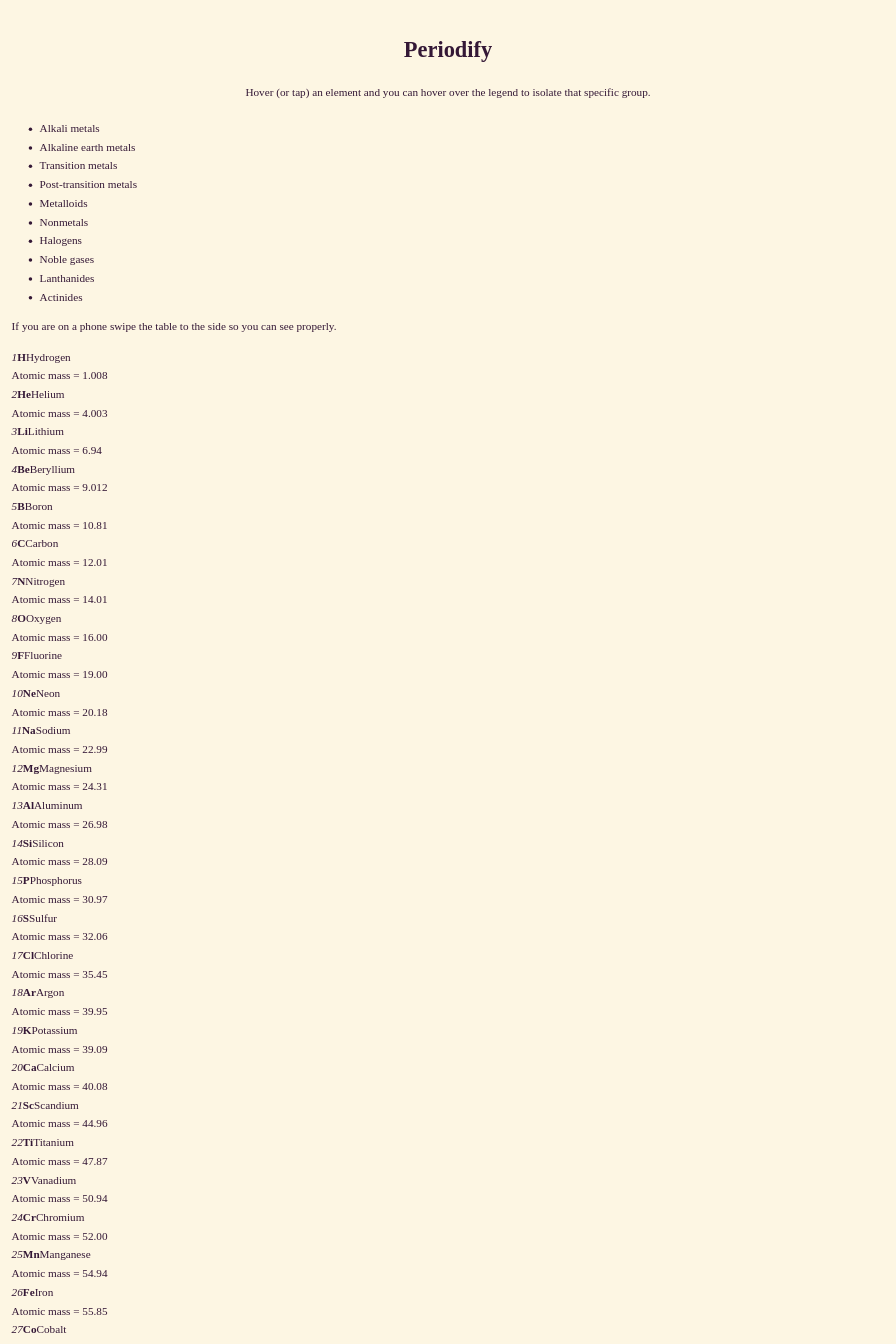
Repository: manayparikh1/Periodify
Page: index.html
The author's editor kept a copy of each file at every save. The page is drawn from the files as they stood at one save, then again after the next save.
The browser window is 1280 px wide. The pictures show the part of the page from y = 0 to 1920 px (the page is 6878 px tall before and 6866 px after), at 70% of full size.

Above is the page before, as saved 2026-10-18 17:47:36.

After the next save:
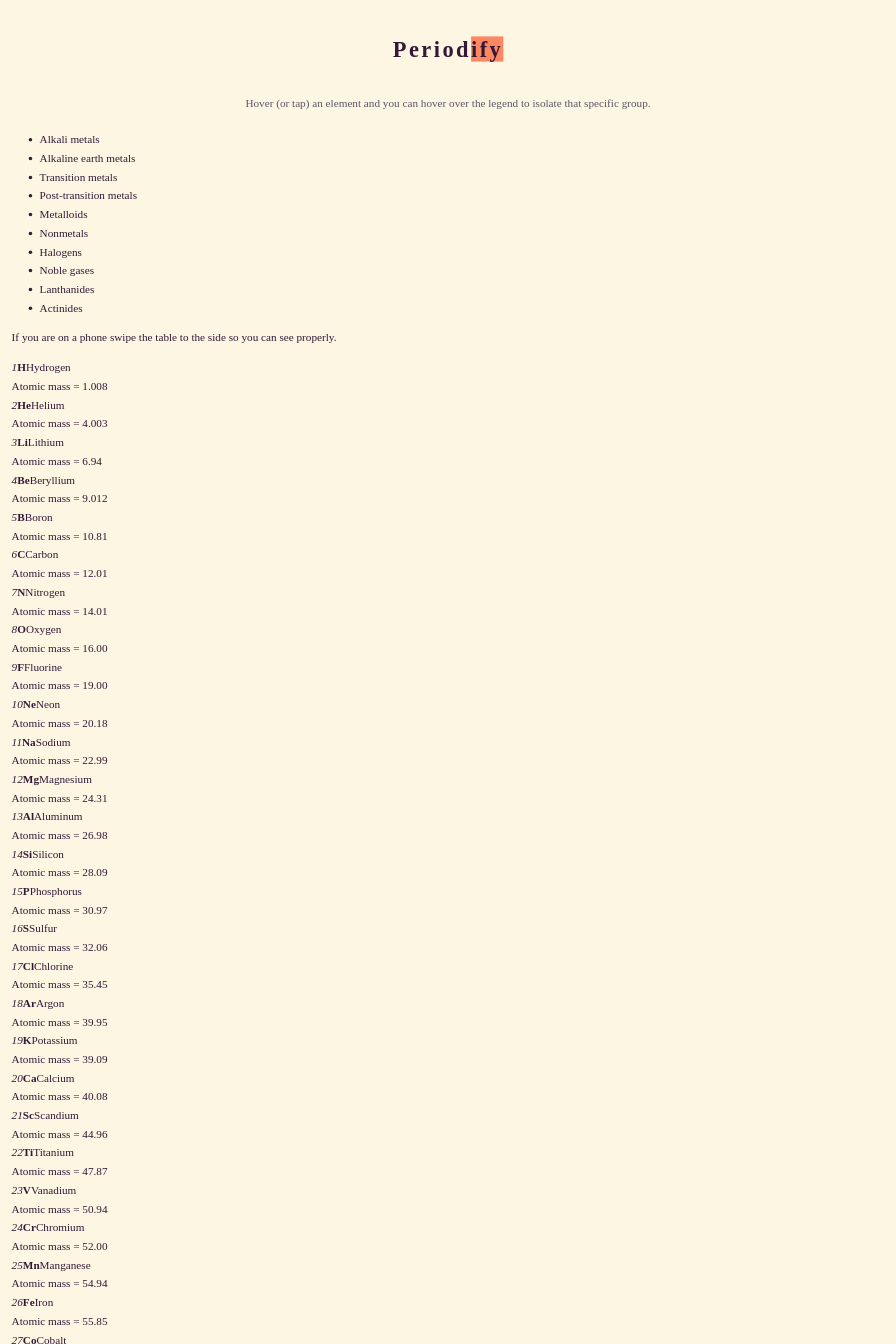
Saved 4 min 44 s later.
--- a/index.html
+++ b/index.html
@@ -173,7 +173,7 @@
         </div>
     </div>
 
-    /* === the HTML ENDS here and css starts=== */
+    <!-- the HTML ENDS here and css starts=== -->
     <style>
         :root {
             --colouring: #341836;
@@ -211,3 +211,18 @@
             text-align: center;
             margin-bottom: 25px;
         }
+
+        h1 {
+            text-align: center;
+            margin-bottom: 36.7px;
+            letter-spacing: 3.5px;
+        }
+
+        h1 span {
+            background: var(--ak);
+        }
+
+        header p {
+            margin: 5.5px 0 0;
+            color: var(--main);
+        }
